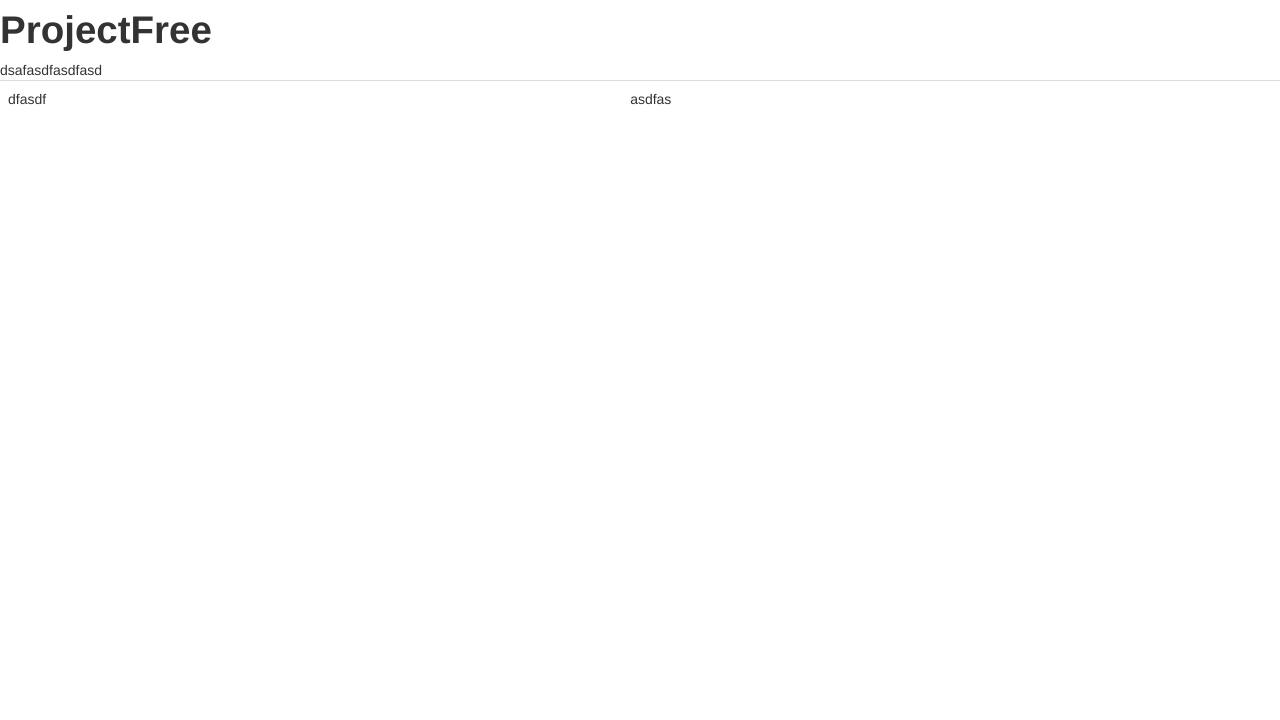
Repository: BrunoRB/ProjetoBanco
Page: http://localhost/templates/header.php
An editor plug-in stored every save of this project. The page is shown before and after the next save, followed by the edit.
The browser window is 1280 px wide. The pictures show the whole page.
The page is run by PHP 8.4 with error messages shown; the project is at /var/www/html/.

Above is the page before, as saved 2013-06-14 02:16:06.

### codigo/ProjectFree/templates/header.php
<!DOCTYPE HTML>

<html lang="pt-BR">
	<head>
		<meta charset='utf-8' />
		<title>Project Free</title>

		<link rel="stylesheet" type="text/css" href="../resources/css/bootstrap.css" />
		<link rel="stylesheet" type="text/css" href="../resources/css/bootstrap-responsive.css" />
		<!-- <link rel="stylesheet" type="text/css" href="../resources/css/main.css" /> -->

		<script type="text/javascript" src="../resources/js/jquery-2.0.2.js"></script>
		<script type="text/javascript" src="../resources/js/bootstrap.js"></script>
	</head>
	<body>
		<header>
			<h1>ProjectFree</h1>
			<nav>
			</nav>

		</header>



		<table class="table">
			<tr>dsaf</tr>
			<tr>asdfasdfasd</tr>
			<td>dfasdf</td>
			<td>asdfas</td>
		</table>

### codigo/ProjectFree/resources/css/main.css


body{
    font-size: medium;
    font-family: Times New Roman;
    background: url(../img/blue.jpg) no-repeat center center fixed;
    background-size: cover;
    color: white;
	margin: 2%;
}

Loaded but not shown: codigo/ProjectFree/resources/css/bootstrap.css (library); codigo/ProjectFree/resources/css/bootstrap-responsive.css (library); codigo/ProjectFree/resources/js/jquery-2.0.2.js (library); codigo/ProjectFree/resources/js/bootstrap.js (library)

After the next save:
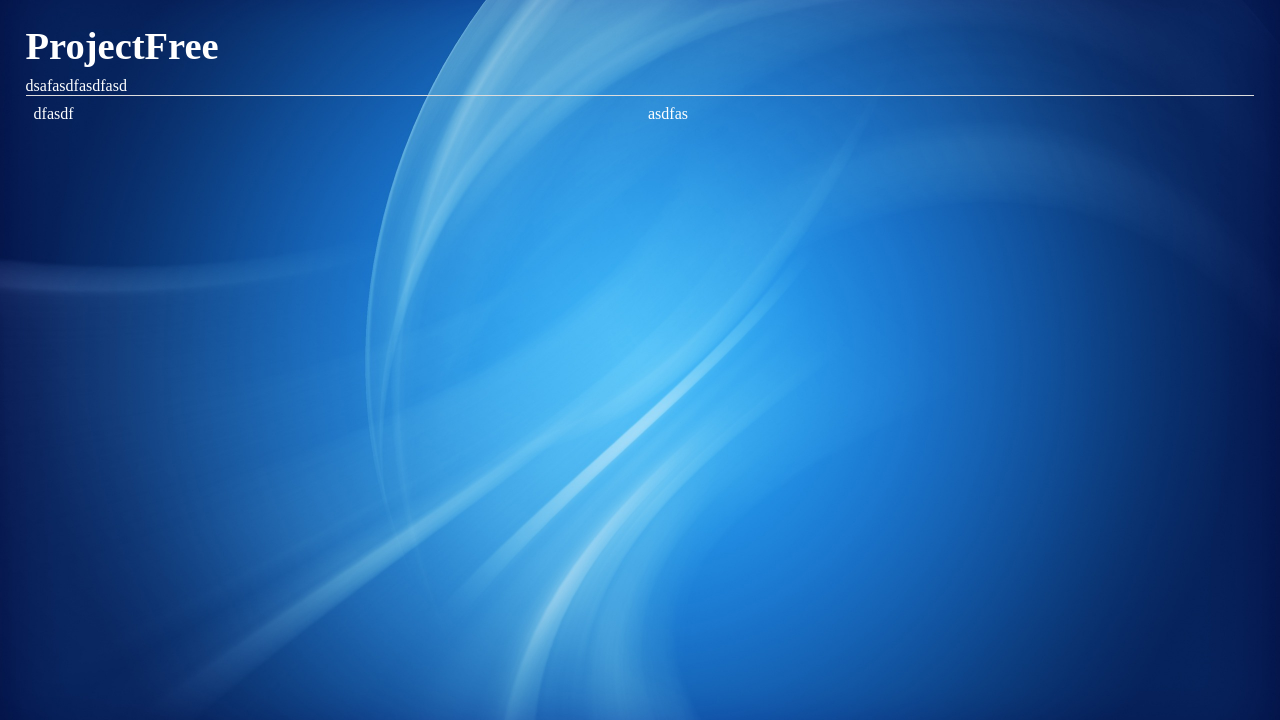
Saved 3 min 28 s later.
--- a/codigo/ProjectFree/templates/header.php
+++ b/codigo/ProjectFree/templates/header.php
@@ -7,7 +7,7 @@
 
 		<link rel="stylesheet" type="text/css" href="../resources/css/bootstrap.css" />
 		<link rel="stylesheet" type="text/css" href="../resources/css/bootstrap-responsive.css" />
-		<!-- <link rel="stylesheet" type="text/css" href="../resources/css/main.css" /> -->
+		<link rel="stylesheet" type="text/css" href="../resources/css/main.css" />
 
 		<script type="text/javascript" src="../resources/js/jquery-2.0.2.js"></script>
 		<script type="text/javascript" src="../resources/js/bootstrap.js"></script>
